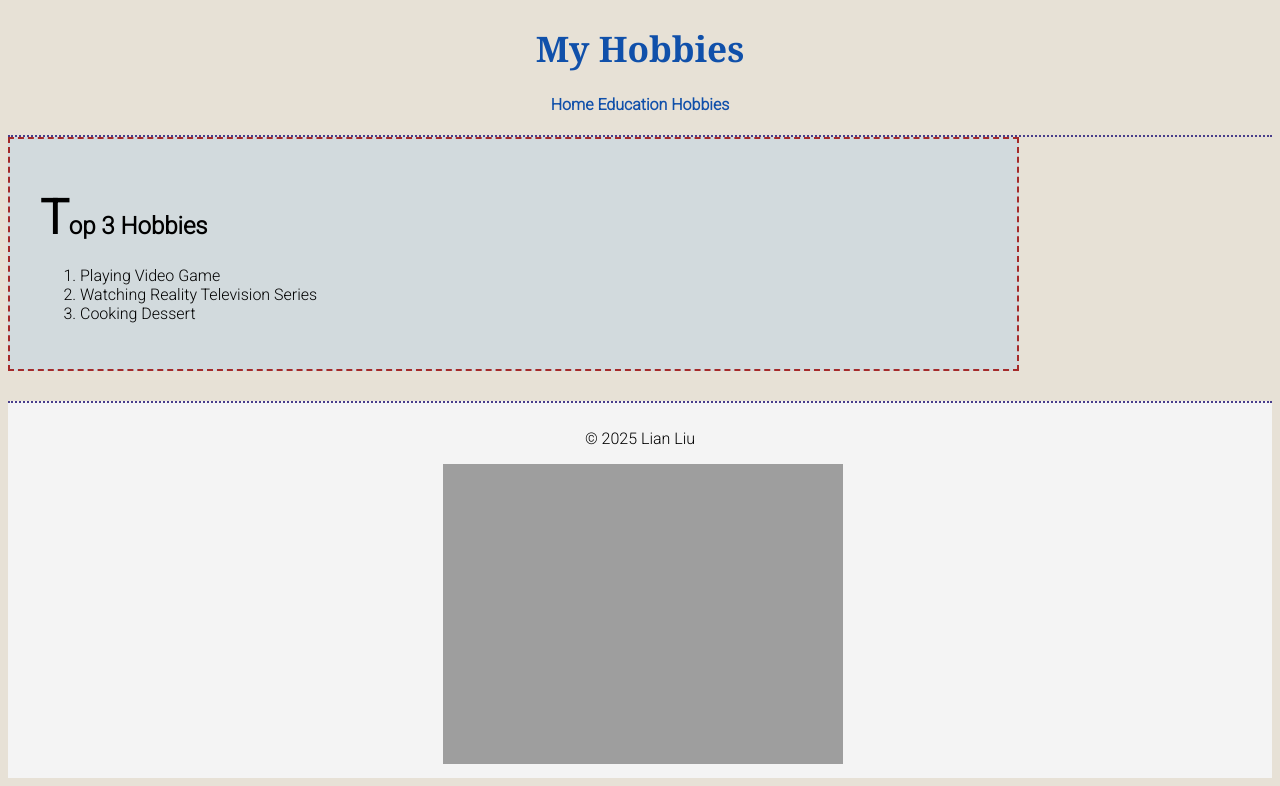
Repository: liulian26/CS5610
Page: assignment-1-liulian26/pages/hobbies.html
These files come from the project's save history. The page is drawn as it stood at one moment and after the next save; the edit follows.
The browser window is 1280 px wide. The pictures show the whole page.
Pictures or frames that could not be fetched are drawn as grey boxes.

Above is the page before, as saved 2025-02-01 00:37:01.

After the next save:
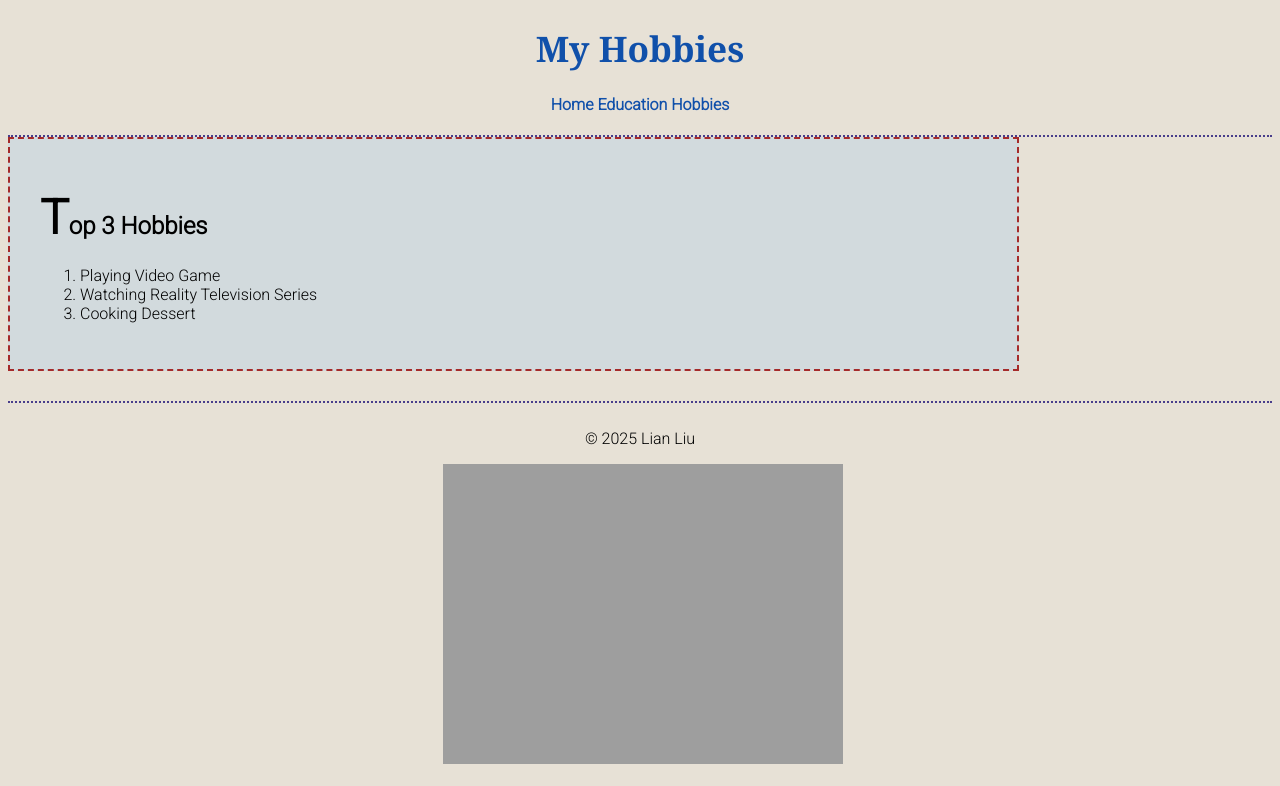
Saved 15 s later.
--- a/assignment-1-liulian26/css/styles.css
+++ b/assignment-1-liulian26/css/styles.css
@@ -78,7 +78,6 @@ figcaption {
 footer {
     text-align: center;
     padding: 10px;
-    background-color: #f4f4f4;
     border-top: 2px dotted darkslateblue;
 }
 
